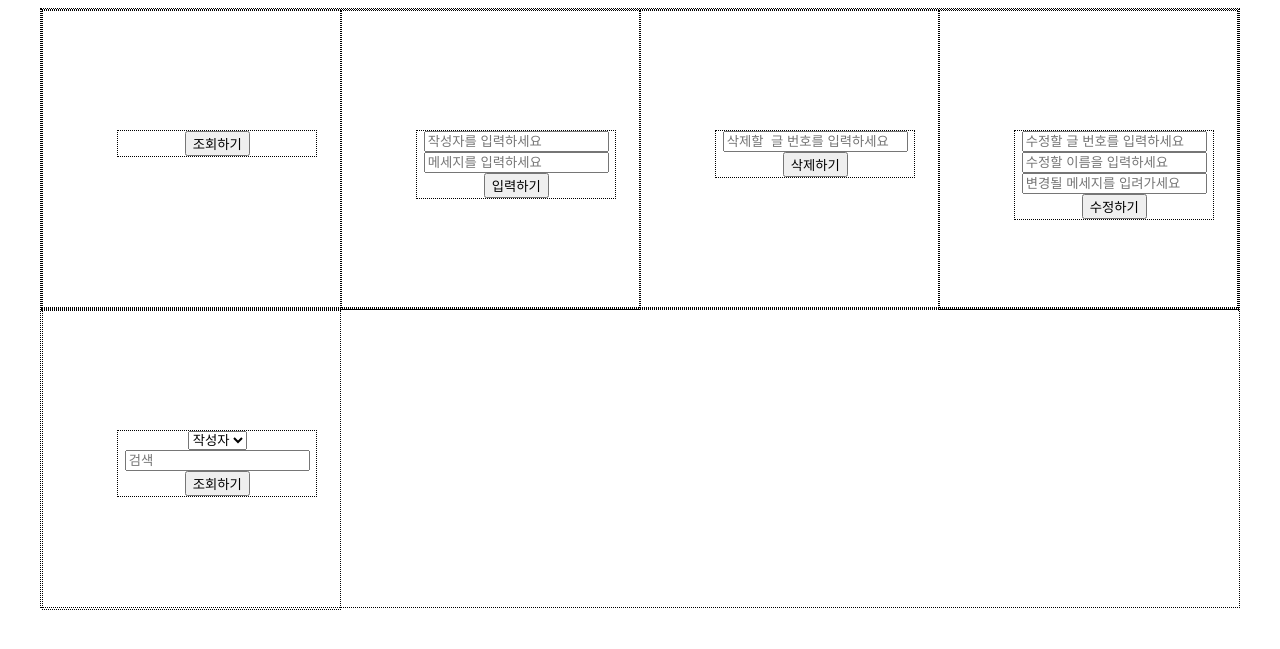
Repository: y2kim/workspace4
Page: MyBatisFramwork_07_12/WebContent/index.html
These files come from the project's save history. The page is drawn as it stood at one moment and after the next save; the edit follows.
The browser window is 1280 px wide. The pictures show the whole page.

Above is the page before, as saved 2018-07-12 06:58:14.

### MyBatisFramwork_07_12/WebContent/index.html
<!DOCTYPE html>
<html>
<head>
<meta charset="UTF-8">
<title>myBatis FrontEnd</title>
<script src="https://code.jquery.com/jquery-3.3.1.js"></script>
	<style>
		div{
			border: 1px dotted black;
			box-sizing: border-box;
		}

		#wrapper{
			width: 1200px;
			height: 600px;
			margin: 0px auto;
		}


		#line1{
			width:100%;
			height: 50%;
		}

		.exam{
			float:left;
			width: 25%;
			height: 300px;
		}
		.exam div{
			text-align: center;
			width:200px;
			margin-left: 25%;
			margin-top: 40%;

		}

	</style>
	<script>
		$(document).ready(function() {
			$("#selectAll").click(function(){
				$(location).attr("href","select.do");
			})

			$("#selectfind").click(function(){
				var types = $("#selecttype").val();

				if(types = "writer"){
					//$(location).attr("href","writerselect.do");
					$("#suckfornt").attr('action','writerselect.do').submit();
				}else{
					//$(location).attr("href","contentselect.do");
					$("#suckfornt").attr('action','contentselect.do').submit();
				}
			})
		})
	</script>

</head>
<body>
	<div id="wrapper">
		<div id="line1">
			<div id="exam01" class="exam">
				<div>
					<button id="selectAll">조회하기</button>
				</div>
			</div>
			<div id="exam02" class="exam">
			<form action="insert.do" method="post">
				<div>
					<input type="text" placeholder="작성자를 입력하세요" name="writer"><br>
					<input type="text" placeholder="메세지를 입력하세요" name="contents"><br>
					<button>입력하기</button>
				</div>
			</form>
			</div>
			<div id="exam03" class="exam">
				<form action="delete.do" method="post">
				<div>
					<input type="text" placeholder="삭제할  글 번호를 입력하세요" name="seq"><br>
					<button>삭제하기</button>
				</div>
				</form>
			</div>
			<div id="exam04" class="exam">
			<form action="update.do" method="post">
				<div>
					<input type="text" placeholder="수정할 글 번호를 입력하세요" name="seq"><br>
					<input type="text" placeholder="수정할 이름을 입력하세요" name="writer"><br>
					<input type="text" placeholder="변경될 메세지를 입려가세요" name="contents"><br>
					<button>수정하기</button>
				</div>
			</form>
			</div>
		</div>
		<div id="line2">
			<div id="exam01" class="exam">
			<form method="post" id="suckfornt">
				<div>
				<select id="selecttype">
				 <option value="writer">작성자</option>
    			 <option value="contents">글내용</option>
				</select>
				<input type="text" placeholder="검색" name="textabout"><br>
				<button id="selectfind" type="button">조회하기</button>
			</div>
			</form>
			</div>
		</div>
	</div>
</body>
</html>

After the next save:
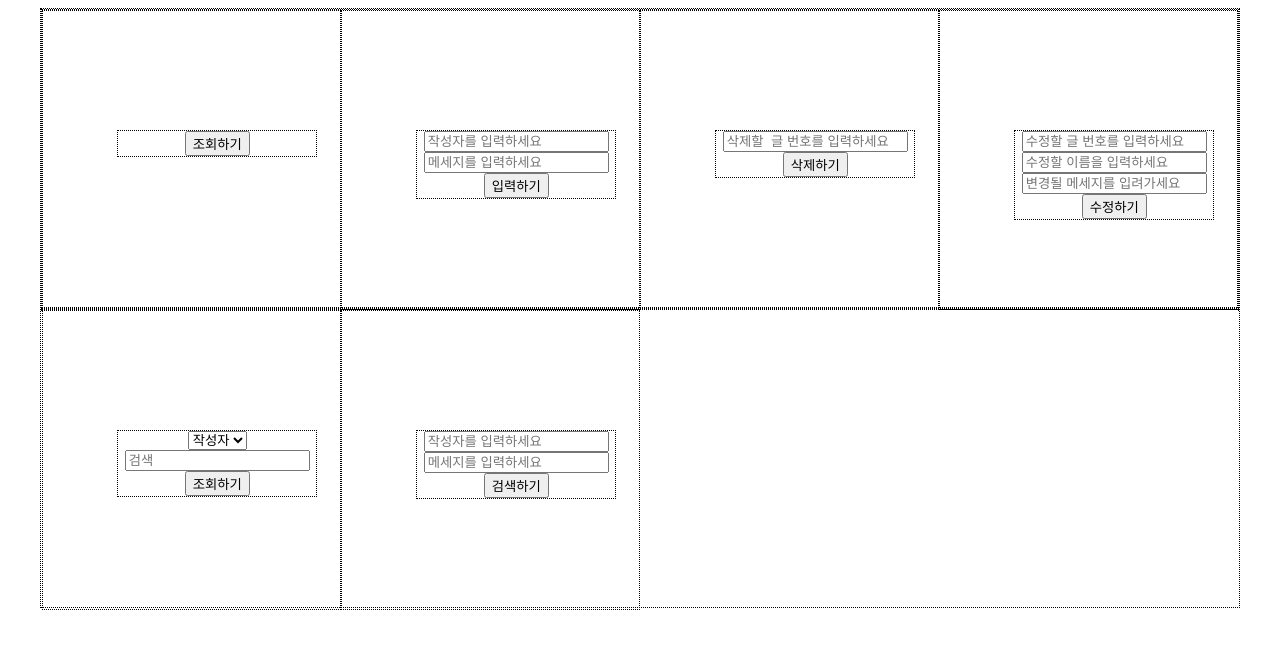
Saved 12 min 3 s later.
--- a/MyBatisFramwork_07_12/WebContent/index.html
+++ b/MyBatisFramwork_07_12/WebContent/index.html
@@ -106,6 +106,15 @@
 			</div>
 			</form>
 			</div>
+			<div id="exam02" class="exam">
+				<form action="detalesearch.do" method="post">
+				<div>
+					<input type="text" placeholder="작성자를 입력하세요" name="writer"><br>
+					<input type="text" placeholder="메세지를 입력하세요" name="contents"><br>
+					<button>검색하기</button>
+				</div>
+				</form>
+			</div>
 		</div>
 	</div>
 </body>
